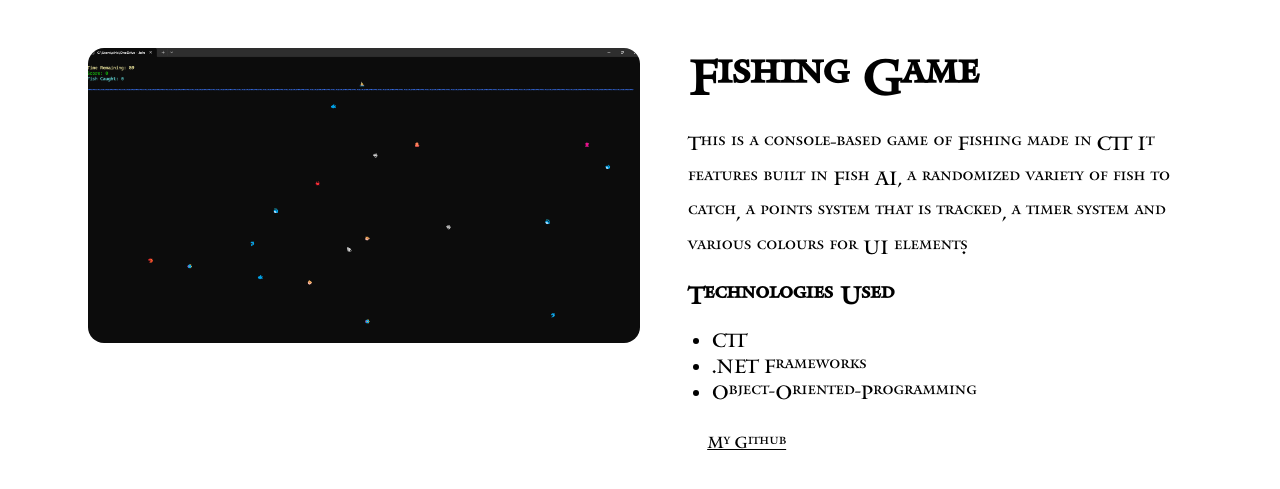
Repository: danielchohan/danielchohan
Page: pages/fishing.html
An editor plug-in stored every save of this project. The page is shown before and after the next save, followed by the edit.
The browser window is 1280 px wide. The pictures show the whole page.

Above is the page before, as saved 2026-05-09 17:28:26.

After the next save:
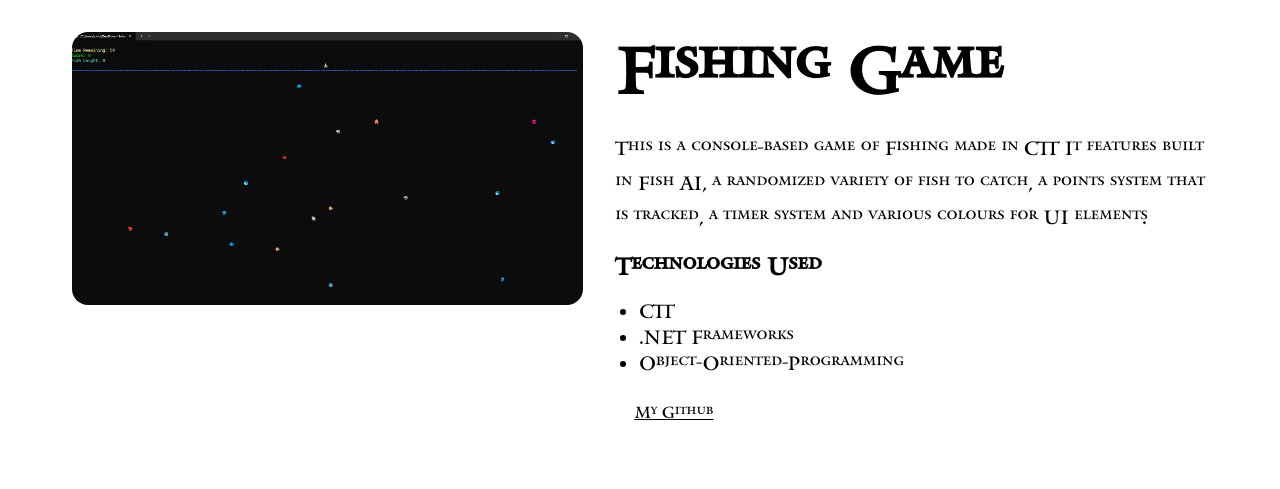
Saved 19 s later.
--- a/styles/projectcard.css
+++ b/styles/projectcard.css
@@ -99,7 +99,7 @@
         width:50%;
     }
 }
-@media screen and (min-width: 1024px) and (max-width: 1366px) and (hover: none) and (pointer: coarse) {
+@media (min-width: 1024px) and (max-width: 1366px) {
  .projectcard{
         flex-direction:row;
         align-items:flex-start;
@@ -115,6 +115,7 @@
     }
     .projectinfo h1{
         color:black;
+        font-size:4rem;
     }
     .projectinfo p{
         color:black;
